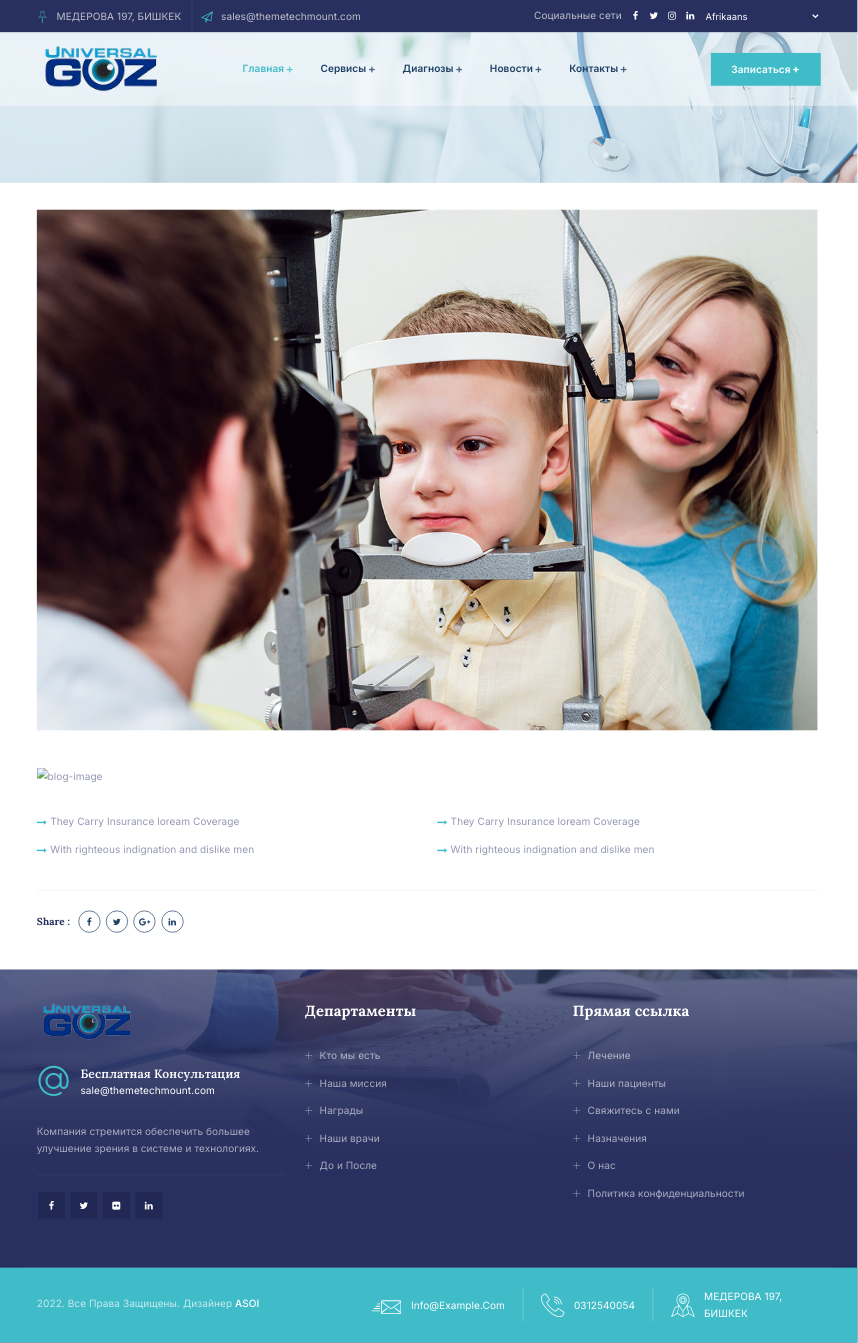
Repository: ZhanbolotAbdrasilov17/UniversalGoz
Page: templates/research_single.html
The author's editor kept a copy of each file at every save. The page is drawn from the files as they stood at one save, then again after the next save.
The browser window is 1280 px wide. The pictures show the whole page, at 67% of full size.
The template is drawn by Django 4.2. The application's start-up code is not run. The template is opened directly, without the code that normally fills it, so the values that code supplies are empty.

Above is the page before, as saved 2022-07-02 19:12:56.
Console error: SyntaxError: Unexpected token '}'

After the next save:
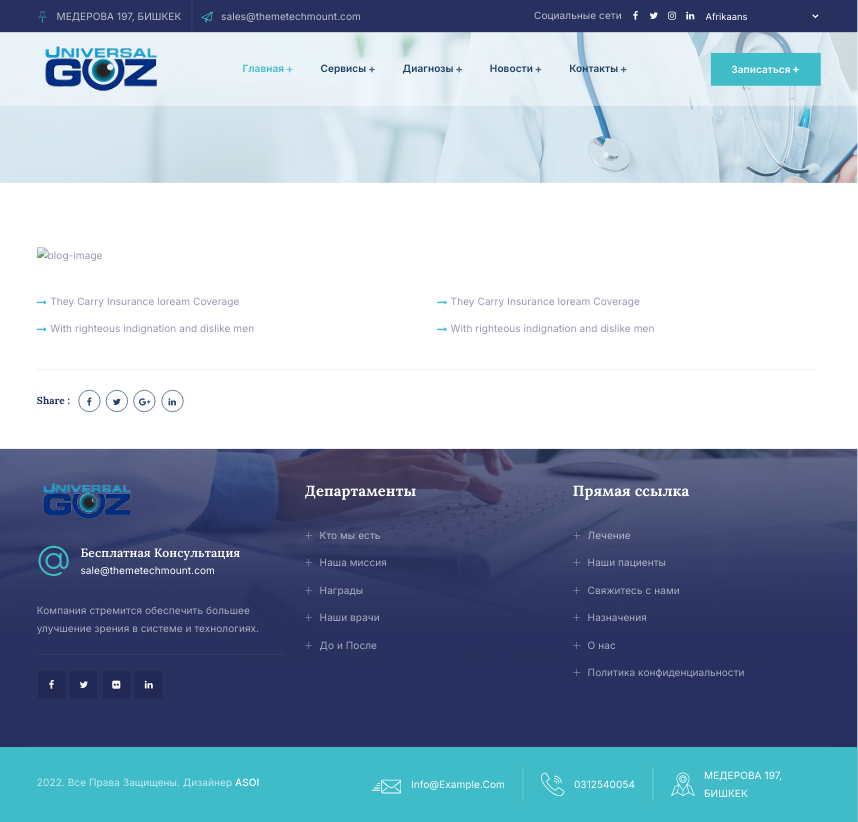
Saved 28 s later.
--- a/templates/research_single.html
+++ b/templates/research_single.html
@@ -26,12 +26,6 @@
                         <div class="col-lg-12 content-area">
                             <!-- post -->
                             <article class="post ttm-blog-single clearfix">
-                                <!-- post-featured-wrapper -->
-                                <div class="ttm-post-featured-wrapper ttm-featured-wrapper">
-                                    <div class="ttm-post-featured">
-                                        <img class="img-fluid" src="images\blog\blog-01-1200x800.jpg" alt="">
-                                    </div>
-                                </div><!-- post-featured-wrapper end -->
                                 <!-- ttm-blog-classic-content -->
                                 <div class="ttm-blog-single-content">
                                     <div class="entry-content">
